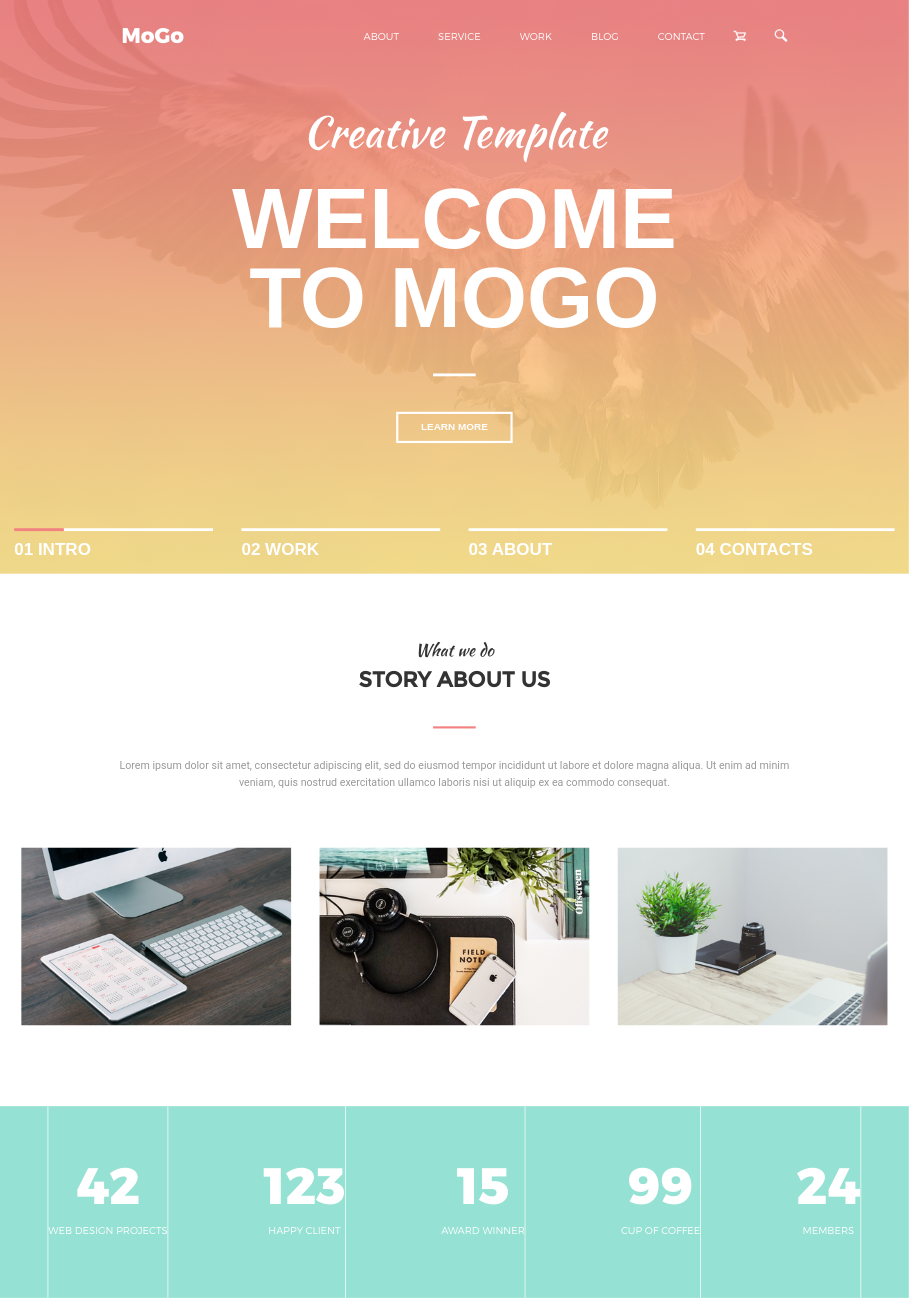
Repository: RaffiBarseghyan/mogo
Page: /
The author's editor kept a copy of each file at every save. The page is drawn from the files as they stood at one save, then again after a run of saves.
The browser window is 1280 px wide. The pictures show the whole page, at 71% of full size.
The project was rebuilt for these pictures with package versions that can differ from the ones it lists, and the page was loaded fresh each time.

Above is the page before, as saved 2023-05-11 17:58:54.

### src/App.jsx
import "./App.css";
import "bootstrap/dist/css/bootstrap.min.css";
import "bootstrap/dist/js/bootstrap.bundle";
import Header from "./Pages/Header/header";
import AboutUs from "./Pages/AboutUs/aboutUs";

function App() {
  return (
    <div className="App">
      <Header />
      <AboutUs />
    </div>
  );
}

export default App;

### src/Pages/Header/header.jsx
import style from "./header.module.scss";
import glass from "../../Assets/Images/GLASS.png";
import cart from "../../Assets/Images/CART.png";

function Header() {
  return (
    <>
      <div className={style.big_header}>
        <div className={style.header}>
          <nav className="navbar navbar-expand-lg bg-body-tertiary">
            <div className="container-fluid">
              <a className={`${style.logo} navbar-brand me-5`} href="#">
                MoGo
              </a>
              <button
                className="navbar-toggler"
                type="button"
                data-bs-toggle="collapse"
                data-bs-target="#navbarNav"
                aria-controls="navbarNav"
                aria-expanded="false"
                aria-label="Toggle navigation"
              >
                <span className="navbar-toggler-icon"></span>
              </button>
              <div
                className={`${style.menu} collapse navbar-collapse`}
                id="navbarNav"
              >
                <ul className={`navbar-nav`}>
                  <li className="nav-item">About</li>
                  <li className="nav-item">service</li>
                  <li className="nav-item">work</li>
                  <li className="nav-item">blog</li>
                  <li className="nav-item">contact</li>
                  <img src={cart} alt="" />
                  <img src={glass} alt="" />
                </ul>
              </div>
            </div>
          </nav>
        </div>

        <div className={style.header_text}>
          <h1>Creative Template</h1>
          <h2>
            Welcome <br /> to MoGo
          </h2>
          <div className={style.border_box}>
            <div className={style.border}></div>
          </div>

          <div className={style.btn_box}>
            <button className={style.btn}>Learn More</button>
          </div>

          <div className={style.big_border_box_1}>
            <div className={style.div}>
              <div className={style.b_box1}>
                <div className={style.red}></div>
                <div className={style.white}></div>
              </div>
              <p className={style.b_p}>01 intro</p>
            </div>

            <div className={style.div}>
              <div className={style.b_box1}>
                <div className={style.white_s}></div>
                <div className={style.white}></div>
              </div>
              <p className={style.b_p}>02 work</p>
            </div>

            <div className={style.div}>
              <div className={style.b_box1}>
                <div className={style.white_s}></div>
                <div className={style.white}></div>
              </div>
              <p className={style.b_p}>03 About</p>
            </div>

            <div className={style.div}>
              <div className={style.b_box1}>
                <div className={style.white_s}></div>
                <div className={style.white}></div>
              </div>
              <p className={style.b_p}>04 Contacts</p>
            </div>
          </div>
        </div>
      </div>
    </>
  );
}

export default Header;

### src/Pages/AboutUs/aboutUs.jsx
import style from "./aboutUs.module.scss";
import aboutUs1 from "../../Assets/Images/aboutUs1.png";
import aboutUs2 from "../../Assets/Images/aboutUs2.png";
import aboutUs3 from "../../Assets/Images/aboutUs3.png";
import user from "../../Assets/Images/USERS.png";

function AboutUs() {
  return (
    <>
      <div className={style.aboutUs}>
        <h3>What we do</h3>
        <h2>Story about us</h2>
        <div className={style.line}></div>
        <p>
          Lorem ipsum dolor sit amet, consectetur adipiscing elit, sed do
          eiusmod tempor incididunt ut labore et dolore magna aliqua. Ut enim ad
          minim <br />
          veniam, quis nostrud exercitation ullamco laboris nisi ut aliquip ex
          ea commodo consequat.
        </p>
        <div className="d-flex justify-content-center flex-wrap ">
          <div className={style.imgDiv}>
            <img src={user} alt="" className={style.user} />
            <p>SUPER TEAM</p>
            <img src={aboutUs1} alt="" className={style.aboutImg} />
          </div>
          <div className={style.imgDiv}>
            <img src={user} alt="" className={style.user} />
            <p>SUPER TEAM</p>
            <img src={aboutUs2} alt="" className={style.aboutImg} />
          </div>
          <div className={style.imgDiv}>
            <img src={user} alt="" className={style.user} />
            <p>SUPER TEAM</p>
            <img src={aboutUs3} alt="" className={style.aboutImg} />
          </div>
        </div>
      </div>

      <div
        className={`${style.aboutUsFooter} d-flex justify-content-around align-items-center`}
      >
        <div className={style.first_line}>
          <h2>42</h2>
          <p>Web Design Projects</p>
        </div>
        <div>
          <h2>123</h2>
          <p>happy client</p>
        </div>
        <div>
          <h2>15</h2>
          <p>award winner</p>
        </div>
        <div>
          <h2>99</h2>
          <p>cup of coffee</p>
        </div>
        <div>
          <h2>24</h2>
          <p>members</p>
        </div>
      </div>
    </>
  );
}

export default AboutUs;

### src/Pages/Header/header.module.scss
@font-face {
  font-family: Montserrat;
  src: url("../../Assets/Fonts/montserrat/Montserrat-Light.otf")
    format("truetype");
}

@font-face {
  font-family: Montserrat_bold;
  src: url("../../Assets/Fonts/montserrat/Montserrat-ExtraBold.otf")
    format("truetype");
}

@font-face {
  font-family: kaushan;
  src: url("../../Assets/Fonts/kaushan-script/kaushan-script.kaushanscript-regular.otf")
    format("truetype");
}

* {
  margin: 0;
  padding: 0;
  box-sizing: border-box;
}

/* Header */

.logo {
  font-size: 30px;
  color: #ffffff !important;
  font-weight: 700;
  font-family: "Montserrat_bold";
}

.logo:hover {
  color: #ffffff !important;
}

.big_header {
  width: 100%;
  min-height: 800px;
  background-image: url("../../Assets/Images/background-image-big-box-header.png");
  background-position: center;
  background-size: cover;
  background-repeat: no-repeat;
}

.header {
  width: 100%;
  min-height: 100px;
  display: flex;
  justify-content: space-around;
  align-items: center;
}

.menu > ul {
  margin-left: 150px;
}

.menu > ul > li {
  font-size: 14px;
  font-family: "Montserrat";
  color: rgb(255, 255, 255);
  text-transform: uppercase;
  list-style: none;
  margin-left: 55px;
}

.menu > ul > li:hover {
  color: #fce38a;
  border-bottom: 2px solid #fce38a;
  cursor: pointer;
  transition: 0.3s;
}

.menu > ul > img {
  margin-left: 40px;
  cursor: pointer;
  width: 15%;
  aspect-ratio: 3/2;
  object-fit: contain;
}

/* Header_text */

.header_text {
  margin-top: 50px;
}

.header_text > h1 {
  text-align: center;
  font-family: kaushan;
  font-size: 60px;
  color: rgb(255, 255, 255);
  line-height: 1.2;
}

.header_text > h2 {
  text-align: center;
  font-family: sans-serif;
  font-size: 120px;
  color: rgb(255, 255, 255);
  font-weight: bold;
  text-transform: uppercase;
  line-height: 0.933;
  margin-top: 30px;
}

.border {
  width: 60px;
  height: 4px;
  background-color: #ffffff;
}

.border_box {
  display: flex;
  justify-content: center;
  margin: 50px 0;
}

.btn {
  border-style: solid;
  border-width: 3px;
  border-color: rgb(255, 255, 255);
  background-color: rgba(0, 0, 0, 0);
  width: 164px;
  height: 44px;
  font-size: 14px;
  font-family: sans-serif;
  color: rgb(255, 255, 255);
  font-weight: bold;
  text-transform: uppercase;
}

.btn_box {
  display: flex;
  justify-content: center;
}

.btn_box > button:hover {
  cursor: pointer;
  border-radius: 10px;
  transition: 0.5s;
}

/* Borders */

.red {
  width: 70px;
  height: 4px;
  background-color: #f38181;
}

.white_s {
  width: 70px;
  height: 4px;
  background-color: #ffffff;
}

.white {
  width: 210px;
  height: 4px;
  background-color: white;
}

.b_box1 {
  display: flex;
}

.b_p {
  margin-top: 8px;
  font-size: 24px;
  font-family: sans-serif;
  color: rgb(255, 255, 255);
  font-weight: bold;
  text-transform: uppercase;
  text-align: left;
}

.big_border_box_1 {
  margin-top: 120px;
  display: flex;
  justify-content: space-around;
  flex-wrap: wrap;
}

@media only screen and (max-width: 992.2px) {
  .menu > ul {
    display: flex;
    justify-content: center;
    align-items: center;
  }
  .menu > ul > img {
    width: 12%;
    aspect-ratio: 3/2;
    object-fit: contain;
  }
  .header_text>h2{
    font-size: 80px;
  }
}

### src/Pages/AboutUs/aboutUs.module.scss
@font-face {
  font-family: Montserrat;
  src: url("../../Assets/Fonts/montserrat/Montserrat-Light.otf")
    format("truetype");
}

@font-face {
  font-family: Montserrat_mid;
  src: url("../../Assets/Fonts/montserrat/Montserrat-Regular.ttf")
    format("truetype");
}

@font-face {
  font-family: Montserrat_bold;
  src: url("../../Assets/Fonts/montserrat/Montserrat-ExtraBold.otf")
    format("truetype");
}

@font-face {
  font-family: kaushan;
  src: url("../../Assets/Fonts/kaushan-script/kaushan-script.kaushanscript-regular.otf")
    format("truetype");
}

.aboutUs {
  min-height: 750px;
  display: flex;
  flex-direction: column;
  align-items: center;
  justify-content: center;
  h3 {
    font-size: 24px;
    color: #333333;
    font-weight: 400;
    font-family: "kaushan";
    text-align: center;
  }
  h2 {
    font-size: 30px;
    text-transform: uppercase;
    color: #333333;
    font-weight: 700;
    font-family: "Montserrat_mid";
    text-align: center;
  }
  p {
    font-size: 15px;
    line-height: 24px;
    color: #999999;
    font-weight: 400;
    font-family: "Roboto";
    text-align: center;
    margin-bottom: 60px;
  }
  .line {
    width: 60px;
    height: 3px;
    background-color: #f38181;
    margin: 40px;
  }
  img {
    width: 380px;
    height: 250px;
    aspect-ratio: 3/2;
    object-fit: cover;
  }

  .imgDiv {
    width: 380px;
    height: 250px;
    margin: 20px;
    transition: 0.5s;
    display: flex;
    flex-direction: column;
    justify-content: center;
    align-items: center;
    p {
      font-size: 18px;
      text-transform: uppercase;
      color: #ffffff;
      font-weight: 700;
      font-family: "Montserrat";
      text-align: center;
      display: none;
      position: absolute;
      margin-top: 80px;
    }
    .user {
      width: 32px;
      height: 23px;
      display: none;
      position: absolute;
      margin-bottom: 30px;
    }
  }

  .imgDiv:hover {
    transition: 0.5s;
    box-shadow: 10px 10px 0px 0px rgba(149, 225, 211, 1);
    -webkit-box-shadow: 10px 10px 0px 0px rgba(149, 225, 211, 1);
    -moz-box-shadow: 10px 10px 0px 0px rgba(149, 225, 211, 1);
    cursor: pointer;
    p,
    .user {
      display: block;
    }
    background: rgb(226, 204, 123);
    background: linear-gradient(
      0deg,
      rgba(226, 204, 123, 1) 0%,
      rgba(219, 116, 116, 1) 53%
    );

    .aboutImg {
      opacity: 0.2;
    }
  }
}

.aboutUsFooter {
  height: 270px;
  background-color: #95e1d3;
  h2 {
    font-size: 72px;
    text-transform: uppercase;
    color: #ffffff;
    font-weight: 700;
    font-family: "Montserrat_bold";
    text-align: center;
  }
  p {
    font-size: 14px;
    text-transform: uppercase;
    color: #ffffff;
    font-weight: 400;
    font-family: "Montserrat";
    text-align: center;
  }
  div {
    height: 270px;
    border-right: 1px solid #ffffff;
    display: flex;
    flex-direction: column;
    justify-content: center;
    align-items: center;
  }
  .first_line {
    border-left: 1px solid #ffffff;
  }
}

Loaded but not shown: public/index.html (common file); src/index.js (common file); src/index.css (common file); src/reportWebVitals.js (common file); src/App.css (common file)

After the next 2 saves:
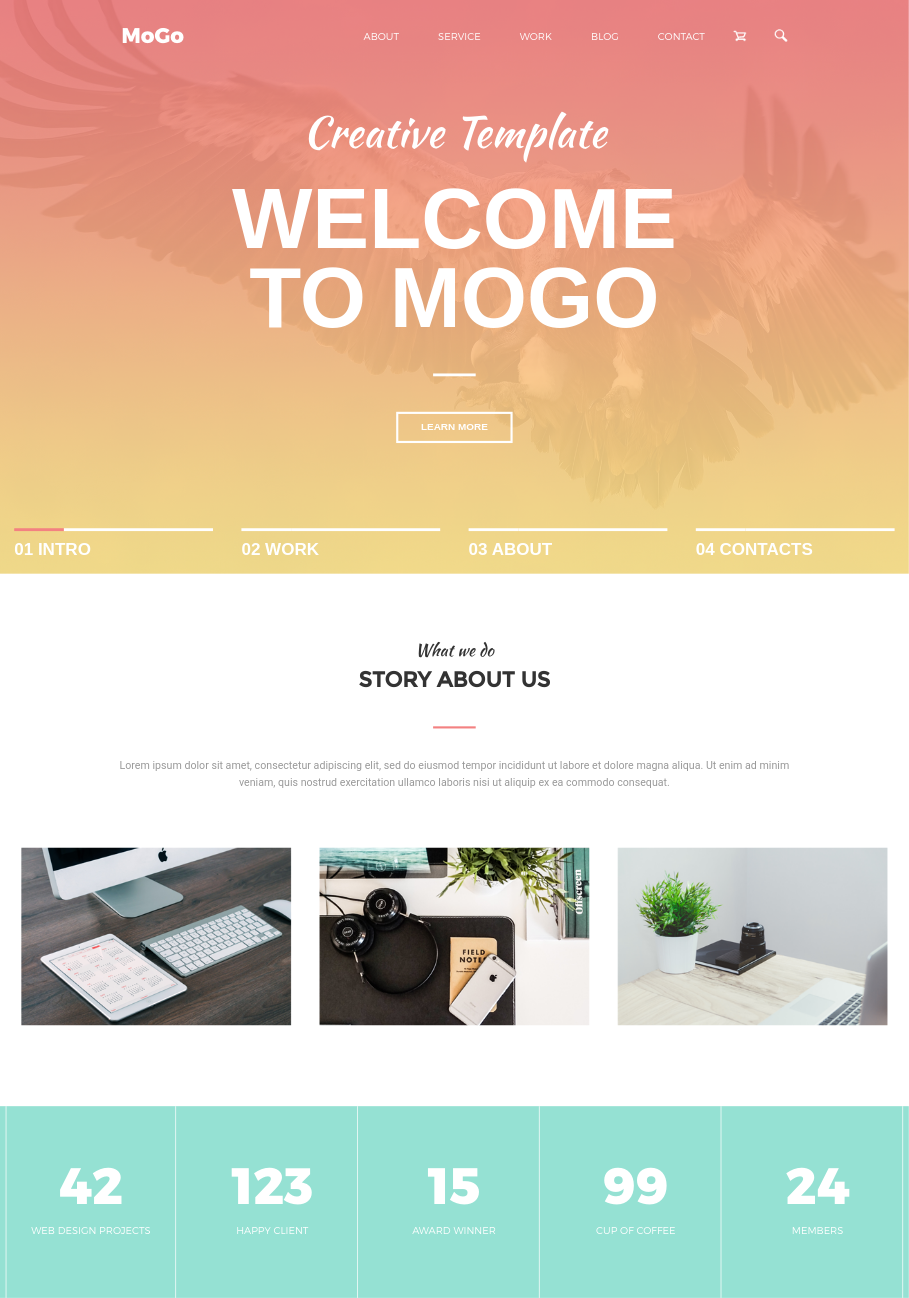
The 2 saves are shown as one change because they came seconds apart.
The last was saved 29 s later.
--- a/src/Pages/AboutUs/aboutUs.module.scss
+++ b/src/Pages/AboutUs/aboutUs.module.scss
@@ -137,6 +137,7 @@
     text-align: center;
   }
   div {
+    width: 240px;
     height: 270px;
     border-right: 1px solid #ffffff;
     display: flex;
